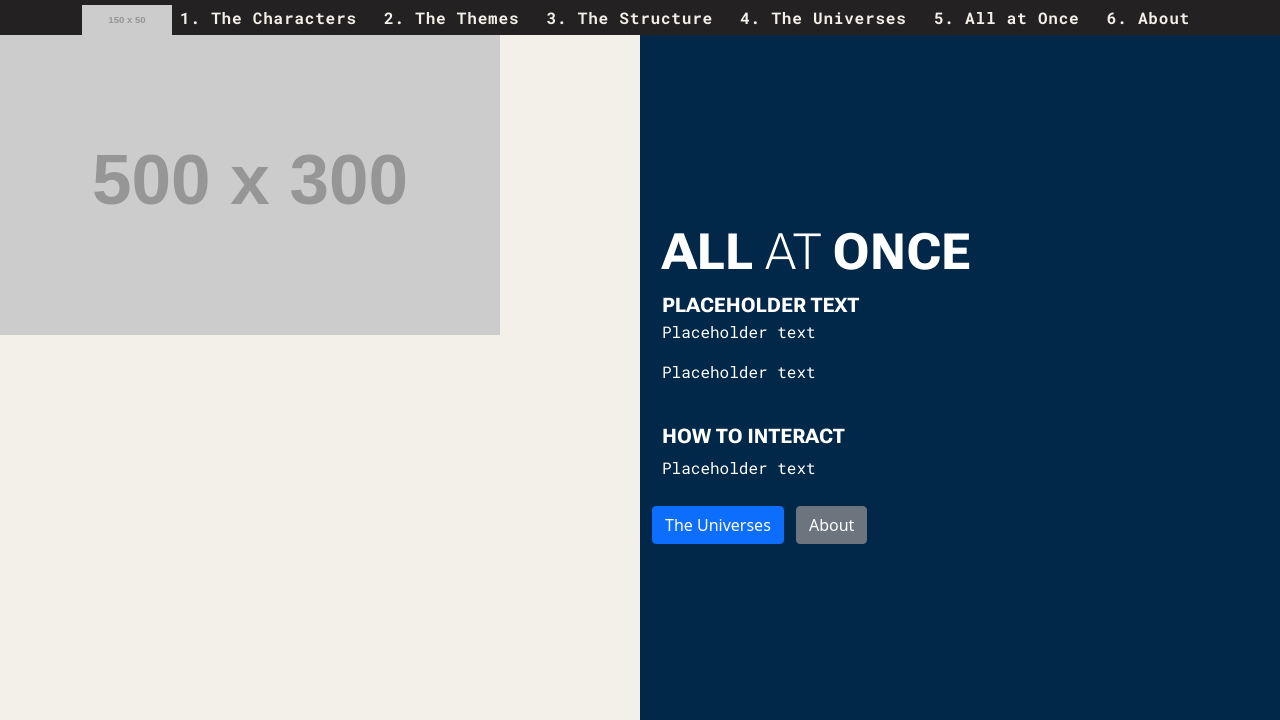
Repository: angelica-hom/msdv-thesis
Page: once.html
The author's editor kept a record of every edit. The page is drawn from the files as they stood at one moment, then again after the next edit.
The browser window is 1280 px wide. The pictures show the whole page.

Above is the page before.

After the next edit:
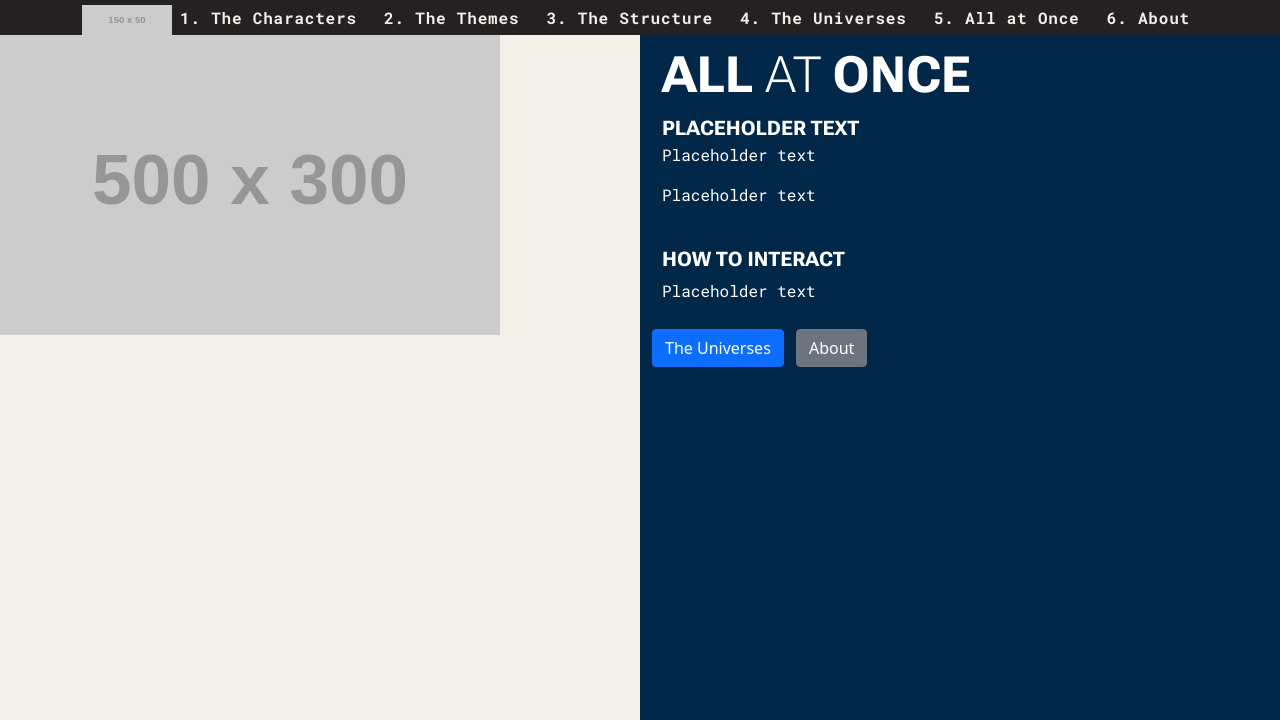
The edit:
--- a/once.css
+++ b/once.css
@@ -64,6 +64,7 @@
 .right-section {
     background-color: #012749;
     color: #FFF; /* Set text color to white for better contrast */
+    justify-content: flex-start!important;
 }
 
 .right-section #content {
